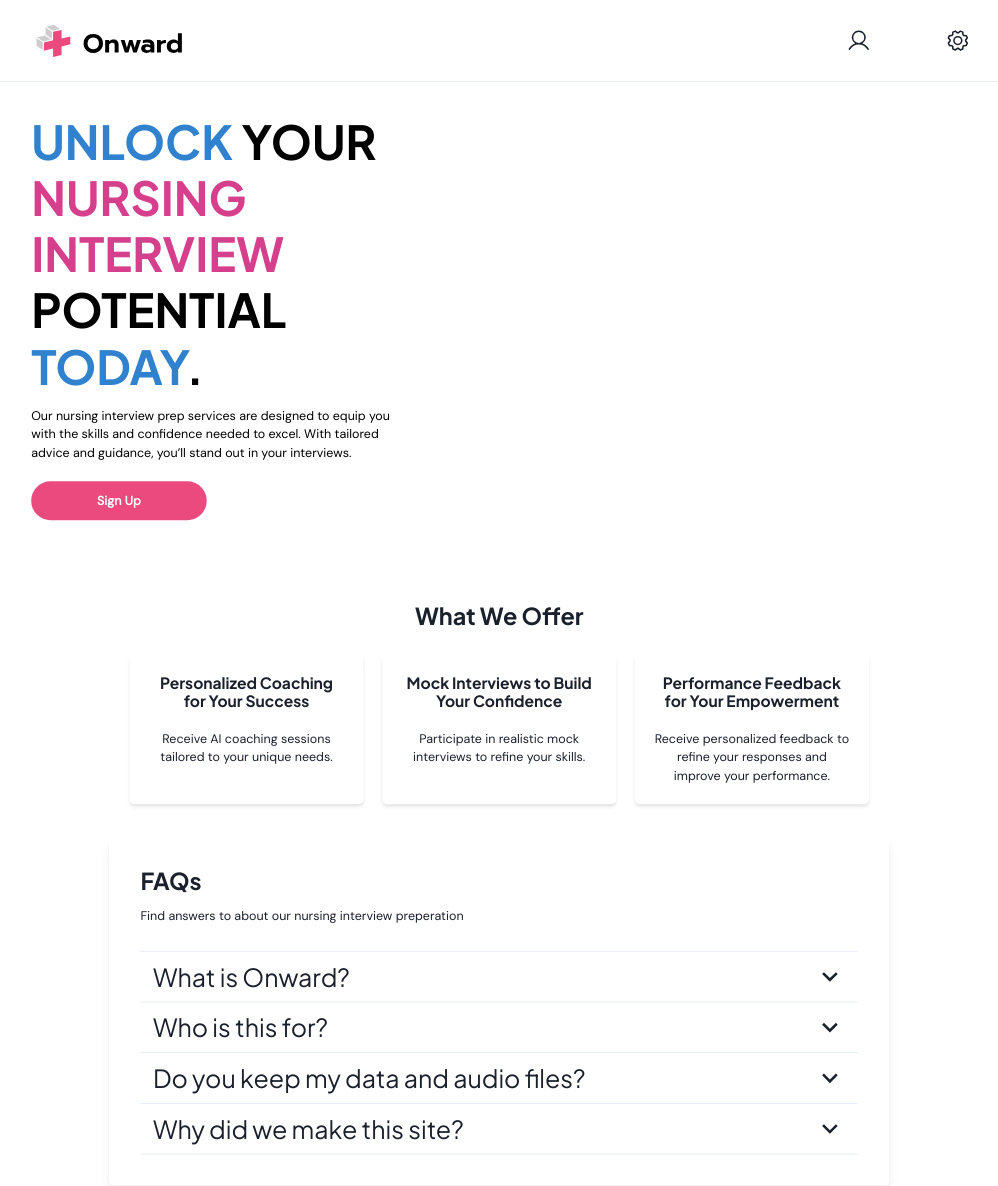
Repository: Aladdin3r/onward
Page: /landing-page
An editor plug-in stored every save of this project. The page is shown before and after the next save, followed by the edit.
The browser window is 1280 px wide. The pictures show the whole page, at 78% of full size.
The project was rebuilt for these pictures with package versions that can differ from the ones it lists, and the page was loaded fresh each time. The framework's server and built-in components were replaced by stand-ins that run in the browser. Also part of the build but not shown: next.config.mjs, styles/components/AppTopNav.js, styles/components/Layout.js.

Above is the page before, as saved 2024-10-29 01:52:40.

### pages/_app.js
import { ChakraProvider } from "@chakra-ui/react";
import theme from "@/styles/theme";

function MyApp({ Component, pageProps }) {
  return (
    <ChakraProvider theme={theme}>
      <Component {...pageProps} />
    </ChakraProvider>
  );
}

export default MyApp;

### pages/_document.js
import { Html, Head, Main, NextScript } from "next/document";

export default function Document() {
  return (
    <Html lang="en">
      <Head>
        <link
          href="https://fonts.googleapis.com/css2?family=DM+Sans:wght@400&family=Plus+Jakarta+Sans:wght@400;600;700&display=swap"
          rel="stylesheet"
        />
      </Head>
      <body>
        <Main />
        <NextScript />
      </body>
    </Html>
  );
}

### pages/landing-page.js
import {
    Box,
    Flex,
    Heading,
    Text,
    Stack,
    Button,
    Accordion,
    AccordionItem,
    AccordionButton,
    AccordionPanel,
    AccordionIcon
} from "@chakra-ui/react";
import Layout from "@/styles/components/Layout";
import TopNav from "@/styles/components/TopNav";
import AppTopNav from "@/styles/components/AppTopNav";
import { useRouter } from 'next/router';

export default function Home() {
    const router = useRouter();

    // Button action function
    const handleSignUp = () => {
        router.push('/signup'); // Navigate to the sign-up page
    };

    return (
        <>
            {/* Hero Section */}
            <TopNav />
            <Box color="black" p={10} textAlign="left">
                <Heading fontFamily="heading" fontSize="6xl" fontWeight="bold" width="45%" mb={4}>
                    <Text as="span" color="blue.500">UNLOCK </Text>
                    <Text as="span" color="black">YOUR </Text>
                    <Text as="span" color="pink.500">NURSING INTERVIEW </Text>
                    <Text as="span" color="black">POTENTIAL </Text>
                    <Text as="span" color="blue.500">TODAY</Text>
                    <Text as="span" color="black">. </Text>


                </Heading>
                <Text fontFamily="body" fontSize="x" color="black" mb={6} width="40%">
                    Our nursing interview prep services are designed to equip you with the skills and confidence needed to excel. With tailored advice and guidance, you’ll stand out in your interviews.
                </Text>
                <Button
                    mt="2"
                    bg="#EA4A7D"
                    color="#FFFFFF"
                    width="50%"
                    height="50px"
                    maxW="225px"
                    fontWeight="semibold"
                    fontSize="16px"
                    borderRadius="full"
                    px="6"
                    mb="6"
                >
                    Sign Up
                </Button>
            </Box>

            {/* What We Offer Section */}
            <Box p={10} textAlign="center" >
                <Heading fontFamily="heading" fontSize="3xl" mb={8}>What We Offer</Heading>
                <Flex justify="center" gap={6}>
                    <Stack width="300px" borderRadius="md" boxShadow="md" p={6} textAlign="center">
                        <Heading fontFamily="heading" fontSize="xl" mb={4}>Personalized Coaching for Your Success</Heading>
                        <Text fontFamily="body">
                            Receive AI coaching sessions tailored to your unique needs.
                        </Text>
                    </Stack>
                    <Stack width="300px" borderRadius="md" boxShadow="md" p={6} textAlign="center">
                        <Heading fontFamily="heading" fontSize="xl" mb={4}>Mock Interviews to Build Your Confidence</Heading>
                        <Text fontFamily="body">
                            Participate in realistic mock interviews to refine your skills.
                        </Text>
                    </Stack>
                    <Stack width="300px" borderRadius="md" boxShadow="md" p={6} textAlign="center">
                        <Heading fontFamily="heading" fontSize="xl" mb={4}>Performance Feedback for Your Empowerment</Heading>
                        <Text fontFamily="body">
                            Receive personalized feedback to refine your responses and improve your performance.
                        </Text>
                    </Stack>
                </Flex>
            </Box>

            {/* FAQ Section */}
            <Box p={10} borderRadius="md" boxShadow="lg" maxW="1000px" mx="auto">
                <Heading fontFamily="heading" fontSize="3xl" textAlign="left" mb={4}>FAQs</Heading>
                <Text fontFamily="body" fontSize="s" textAlign="left" mb={8}>
                    Find answers to about our nursing interview preperation
                </Text>
                <Accordion allowToggle>
                    <AccordionItem>
                        <h2>
                            <AccordionButton>
                                <Box as="span" flex="1" textAlign="left" fontFamily="heading">What is Onward?</Box>
                                <AccordionIcon />
                            </AccordionButton>
                        </h2>
                        <AccordionPanel pb={4} fontFamily="body">
                            Onward is an AI-powered personal interview coach designed for nurses to enhance their job interview skills.
                        </AccordionPanel>
                    </AccordionItem>
                    <AccordionItem>
                        <h2>
                            <AccordionButton>
                                <Box as="span" flex="1" textAlign="left" fontFamily="heading">Who is this for?</Box>
                                <AccordionIcon />
                            </AccordionButton>
                        </h2>
                        <AccordionPanel pb={4} fontFamily="body">
                            This service is designed for nurses, especially those new to the Canadian healthcare system.
                        </AccordionPanel>
                    </AccordionItem>
                    <AccordionItem>
                        <h2>
                            <AccordionButton>
                                <Box as="span" flex="1" textAlign="left" fontFamily="heading">Do you keep my data and audio files?</Box>
                                <AccordionIcon />
                            </AccordionButton>
                        </h2>
                        <AccordionPanel pb={4} fontFamily="body">
                            Yes, we securely store data as per our privacy policy to enhance your interview coaching experience.
                        </AccordionPanel>
                    </AccordionItem>
                    <AccordionItem>
                        <h2>
                            <AccordionButton>
                                <Box as="span" flex="1" textAlign="left" fontFamily="heading">Why did we make this site?</Box>
                                <AccordionIcon />
                            </AccordionButton>
                        </h2>
                        <AccordionPanel pb={4} fontFamily="body">
                            Onward aims to empower nurses by providing interview preparation tools tailored to their needs.
                        </AccordionPanel>
                    </AccordionItem>
                </Accordion>
            </Box>
        </>
    );
}

### styles/theme.js
import { extendTheme } from "@chakra-ui/react";
import { theme as chakraTheme } from "@chakra-ui/react";
import Button from './components/Button';
import { Stepper } from "@chakra-ui/react";

const fonts = {
    ...chakraTheme.fonts,
    body: "DM Sans",
    heading: "Plus Jakarta Sans",
}

const overrides = {
    ...chakraTheme,
    fonts,
    components: {
        Button: {
            ...Button,
        },
    },
    fontWeights: {
        normal: 400,
        medium: 500,
        bold: 700,
    },
    fontSizes: {
        xxs: "14pt",
        xs: "16pt",
        sm: "20pt",
        md: "24pt",
        lg: "32pt",
    },
    colors: {
       brand: {
        blushPink: "#EA4A7D",
        pastelBlue: "#CBD5FF",
        blueberryCreme: "#EBEFFF",
        frostWhite: "#FAFAFA",
        nightBlack: "#1f1f1f",
        platinum: "#e2e2e2",
        confirmationGreen: "#61CD3D",
        imperialRed: "EA4A4D",
        canaryYellow: "#EAE84A",
        oceanBlue: "#214DDF",
        pureWhite: "#FFFFFF"
        }
    },
    styles: {
        global: {
            body: {
                bg: "frostWhite",
            },
        },
    },
}

const customTheme = extendTheme(overrides);

export default customTheme;

### styles/components/TopNav.js
'use client'
import {
    Box,
    Flex,
    useColorModeValue,
    IconButton,
    Image,
    Link,
} from "@chakra-ui/react";
import { User, Gear } from "@phosphor-icons/react";

export default function TopNav() {
    const bgColor = useColorModeValue('#fff', 'brand.nightBlack');

    return (
        <Box bg={bgColor} px={4} borderBottom="1px solid #E6EAF2">
            <Flex h={"104px"} alignItems={'center'} justifyContent={'space-between'}>
                <Box fontSize={{ base: 'md', md: 'lg' }}>
                    <Link href="/">
                        <Image src="logo.svg" boxSize="253px" alt="Onward Logo" style={{ padding: "30px" }} />
                    </Link>
                </Box>
                <Flex alignItems={'center'}>
                    <Link href="/user">
                        <IconButton
                            aria-label="User settings"
                            icon={<User />}
                            variant="ghost"
                            mr="55px"
                        />
                    </Link>
                    <Link href="/settings">
                        <IconButton
                            aria-label="Settings"
                            icon={<Gear />}
                            variant="ghost"
                        />
                    </Link>
                </Flex>
            </Flex>
        </Box>
    );
}

### styles/components/Button.js
const Button = {
    baseStyle: {
      display: 'flex',
      borderRadius: '999px',
      fontFamily: 'DM Sans',
      _hover: {
        boxShadow: '0px 4px 4px 0px rgba(0, 0, 0, 0.45)',
      },
      padding: 3,
    },
    sizes: {
      xs: {
        fontSize: ['12pt', '14pt', '16pt'], // Responsive font sizes for xs
        px: [2, 3], // Responsive padding
      },
      sm: {
        fontSize: ['14pt', '16pt', '20pt'],
        px: [2, 4],
      },
      md: {
        fontSize: ['16pt', '20pt', '24pt'],
        px: [3, 5],
      },
      lg: {
        fontSize: ['20pt', '28pt', '32pt'],
        px: [4, 6],
      },
    },
    variants: {
      lgPrimary: {
        bg: 'brand.blushPink',
        color: 'brand.frostWhite',
        width: ['100%', '325px'], // 100% width on smaller screens
        height: '72px',
        fontSize: ['20pt', '28pt', '32pt'], // Responsive font size
        borderRadius: '999px',
      },
      mdPrimary: {
        bg: 'brand.blushPink',
        color: 'brand.frostWhite',
        width: ['100%', '225px'],
        height: '72px',
        fontSize: ['16pt', '20pt', '24pt'],
        borderRadius: '999px',
      },
      smPrimary: {
        bg: 'brand.blushPink',
        color: 'brand.frostWhite',
        width: ['100%', '150px'],
        height: '64px',
        fontSize: ['14pt', '16pt', '20pt'],
        borderRadius: '999px',
      },
      xsPrimary: {
        bg: 'brand.blushPink',
        color: 'brand.frostWhite',
        width: ['100%', '117px'],
        height: '32px',
        fontSize: ['12pt', '14pt', '18pt'],
        borderRadius: '999px',
      },
      lgSecondary: {
        bg: 'brand.platinum',
        color: 'brand.nightBlack',
        width: ['100%', '325px'],
        height: '72px',
        fontSize: ['20pt', '28pt', '32pt'],
        borderRadius: '999px',
        _hover: {
          bg: 'brand.blushPink',
          color: 'brand.frostWhite',
          boxShadow: '0px 4px 4px 0px rgba(0, 0, 0, 0.45)',
        },
      },
      mdSecondary: {
        bg: 'brand.platinum',
        color: 'brand.nightBlack',
        width: ['100%', '225px'],
        height: '72px',
        fontSize: ['16pt', '20pt', '24pt'],
        borderRadius: '999px',
        _hover: {
          bg: 'brand.blushPink',
          color: 'brand.frostWhite',
          boxShadow: '0px 4px 4px 0px rgba(0, 0, 0, 0.45)',
        },
      },
      smSecondary: {
        bg: 'brand.platinum',
        color: 'brand.nightBlack',
        width: ['100%', '150px'],
        height: '64px',
        fontSize: ['14pt', '16pt', '20pt'],
        borderRadius: '999px',
        _hover: {
          bg: 'brand.blushPink',
          color: 'brand.frostWhite',
          boxShadow: '0px 4px 4px 0px rgba(0, 0, 0, 0.45)',
        },
      },
      xsSecondary: {
        bg: 'brand.platinum',
        color: 'brand.nightBlack',
        width: ['100%', '117px'],
        height: '32px',
        fontSize: ['12pt', '14pt', '18pt'],
        borderRadius: '999px',
        _hover: {
          bg: 'brand.blushPink',
          color: 'brand.frostWhite',
          boxShadow: '0px 4px 4px 0px rgba(0, 0, 0, 0.45)',
        },
      },
    },
  };

  export default Button;

### styles/components/SideNav.js
import { useState } from "react";
import PropTypes from "prop-types";
import Link from "next/link";
import { Box, Flex, Text, VStack, Image } from "@chakra-ui/react";
import { ChalkboardTeacher, ClockCounterClockwise, UserSound, Presentation, User, Gear } from "@phosphor-icons/react";

// Define each variant and associated icon, label, and path(s)
const variants = {
  default: {
    label: "Dashboard",
    icon: <UserSound size={32} />,
    path: "/"
  },
  variant2: {
    label: "Mock Interview",
    icon: <ChalkboardTeacher size={32} />,
    path: "/mock-interview"
  },
  variant3: {
    label: "Practice Interview",
    icon: <Presentation size={32} />,
    path: [
      "/practice-interview",
      "/practice-interview-filter",
      "/practice-interview-questions",
      "/practice-interview-answer",
      "/practice"
    ]
  },
  variant4: {
    label: "History",
    icon: <ClockCounterClockwise size={32} />,
    path: "/history"
  },
};

// Define the bottom section items with default values
const defaultBottomVariants = {
  account: {
    label: "Account",
    icon: <User size={18} />,
    path: "/account"
  },
  settings: {
    label: "Settings",
    icon: <Gear size={18} />,
    path: "/settings"
  },
  signOut: {
    label: "Sign Out",
    icon: null,
    path: "/"
  }
};

// Main SideNavBar component
export const SideNavBar = ({ activeVariant, bottomVariants = defaultBottomVariants }) => {
  return (
    <Flex
      bg="brand.blueberryCreme"
      height="100vh"
      width="280px"
      position="fixed"
      flexDir="column"
    >
      {/* logo box */}
      <Box fontSize={{ base: 'sm', md: 'md' }} mt="1rem">
        <Link href="/">
          <Image src="logo.svg" alt="Onward Logo" style={{ padding: "0.6rem" }} width="100%" />
        </Link>
      </Box>

      {/* nav menu */}
      <Box mt="1.5rem" overflow="hidden">
        <VStack align="flex-start" spacing={2} width="100%" ml="10%">
          {variants && Object.keys(variants).map((variant) => {
            const isActive = activeVariant === variant;
            return (
              <Link href={Array.isArray(variants[variant].path) ? variants[variant].path[0] : variants[variant].path} key={variant} passHref>
                <Flex
                  align="center"
                  cursor="pointer"
                  width="280px"
                  bg={isActive ? "brand.blushPink" : "none"} // Active background
                  color={isActive ? "brand.frostWhite" : "initial"} // Active text color
                  p={3}
                  borderLeftRadius="26px"
                  transition="transform 0.5s ease-in-out, background-color 0.4s, color 0.4s"
                  _hover={{
                    bg: "brand.blushPink",
                    color: "brand.frostWhite",
                    borderRadius: "26px 0 0 26px",
                    transition: "background-color 0.3s, transform 0.3s",
                  }}
                >
                  <Box pl={isActive ? "5rem" : 0} mr={4}>
                    {variants[variant].icon}
                  </Box>
                  <Text fontFamily="body" fontSize="18px" fontWeight="bold">
                    {variants[variant].label}
                  </Text>
                </Flex>
              </Link>
            );
          })}
        </VStack>
      </Box>

      {/* Bottom Section for Account, Settings, and Sign Out Links */}
      <Box mb={2} mt="13rem" width="100%">
        <VStack width="100%" align="flex-end">
          {bottomVariants && Object.keys(bottomVariants).map((variant) => {
            const isActive = activeVariant === variant;
            return (
              <Link
                href={bottomVariants[variant].path}
                key={variant}
                passHref
              >
                <Flex
                  align="center"
                  cursor="pointer"
                  width="100%"
                  height="1.3rem"
                  bg={isActive ? "brand.blushPink" : "none"} // Active background
                  color={isActive ? "brand.frostWhite" : "initial"} // Active text color
                  borderRadius="md"
                  pr="1.5rem"
                  transition="transform 0.3s ease-in-out, background-color 0.3s, color 0.3s"
                  _hover={{
                    color: "brand.blushPink",
                    borderRadius: "26px 0 0 26px",
                    transition: "background-color 0.3s, transform 0.3s",
                  }}
                >

                  <Box mr={3}>
                    {bottomVariants[variant].icon}
                  </Box>
                  <Text fontFamily="body" fontSize="18px" fontWeight="regular" textAlign="left"
                    textDecoration={variant === 'signOut' ? 'underline' : 'none'}
                  >
                    {bottomVariants[variant].label}
                  </Text>
                </Flex>
              </Link>
            );
          })}
        </VStack>
      </Box>
    </Flex>
  );
};

SideNavBar.propTypes = {
  activeVariant: PropTypes.oneOf(["variant4", "variant2", "variant3", "default"]),
  bottomVariants: PropTypes.object, // Define bottomVariants as an optional object
};

SideNavBar.defaultProps = {
  bottomVariants: {},
};

After the next save:
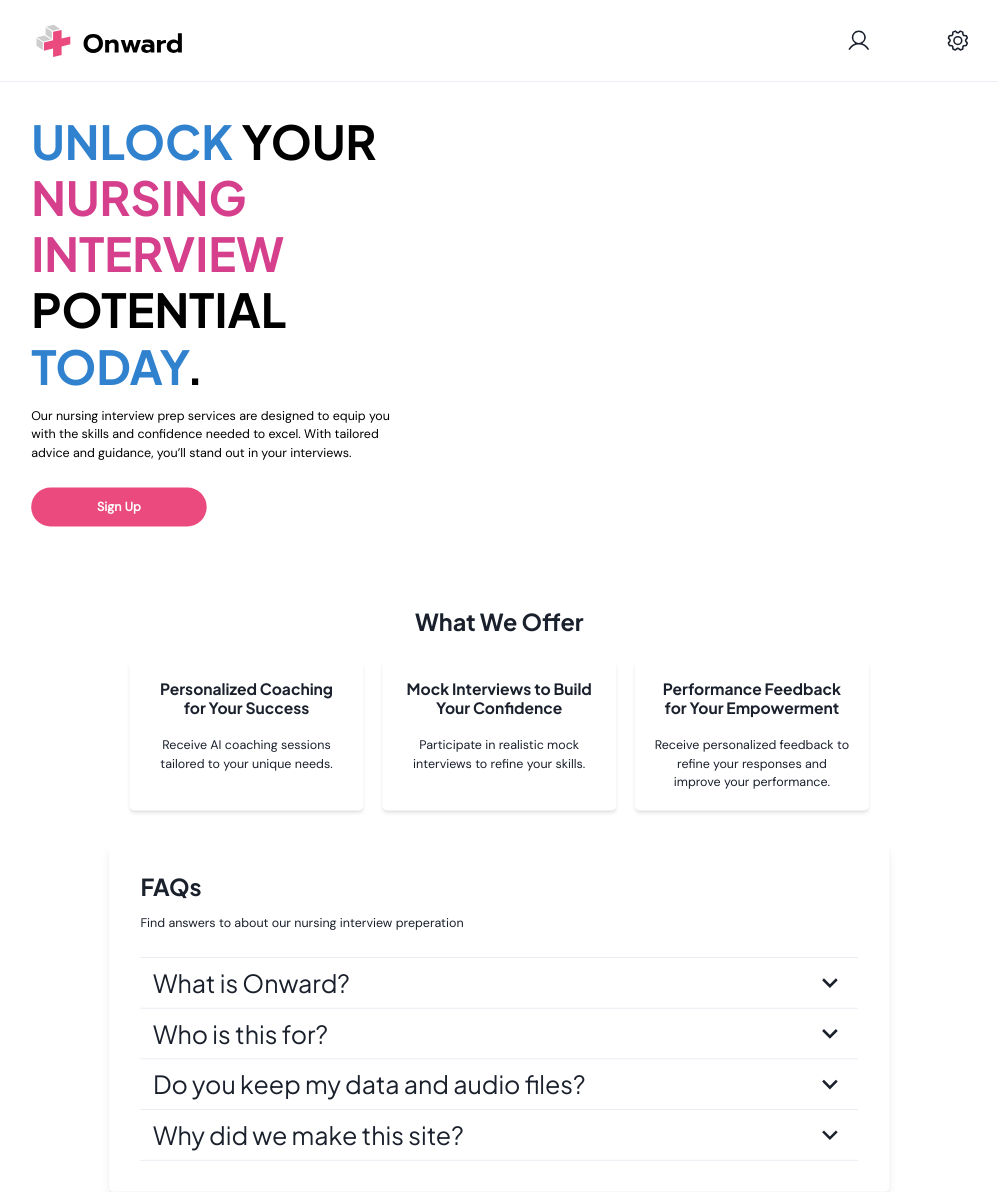
Saved 22 s later.
--- a/pages/landing-page.js
+++ b/pages/landing-page.js
@@ -43,7 +43,7 @@
                     Our nursing interview prep services are designed to equip you with the skills and confidence needed to excel. With tailored advice and guidance, you’ll stand out in your interviews.
                 </Text>
                 <Button
-                    mt="2"
+                    mt="8"
                     bg="#EA4A7D"
                     color="#FFFFFF"
                     width="50%"

After the save that followed:
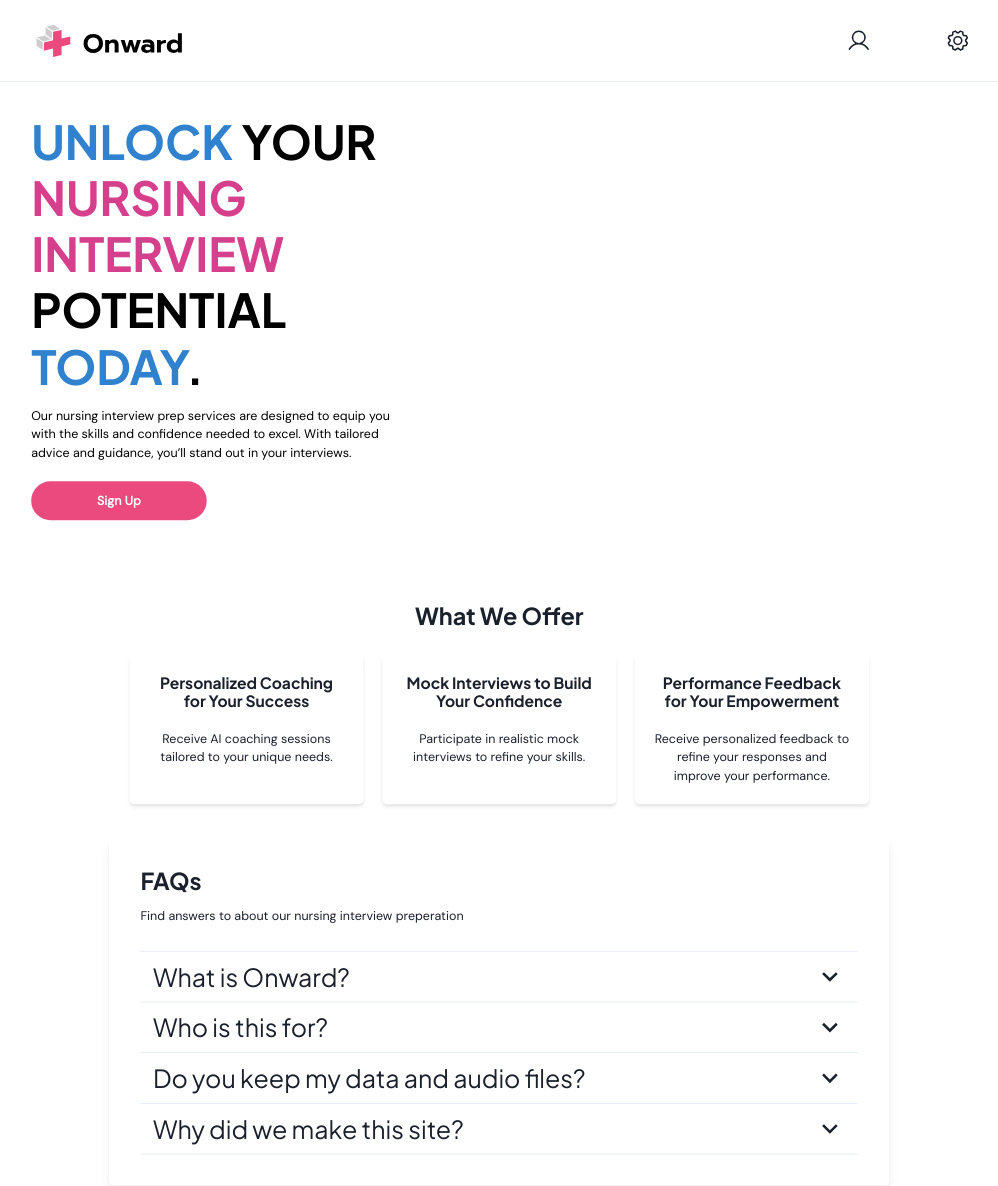
Saved 4 s later.
--- a/pages/landing-page.js
+++ b/pages/landing-page.js
@@ -43,7 +43,7 @@
                     Our nursing interview prep services are designed to equip you with the skills and confidence needed to excel. With tailored advice and guidance, you’ll stand out in your interviews.
                 </Text>
                 <Button
-                    mt="8"
+                    mt="2"
                     bg="#EA4A7D"
                     color="#FFFFFF"
                     width="50%"
